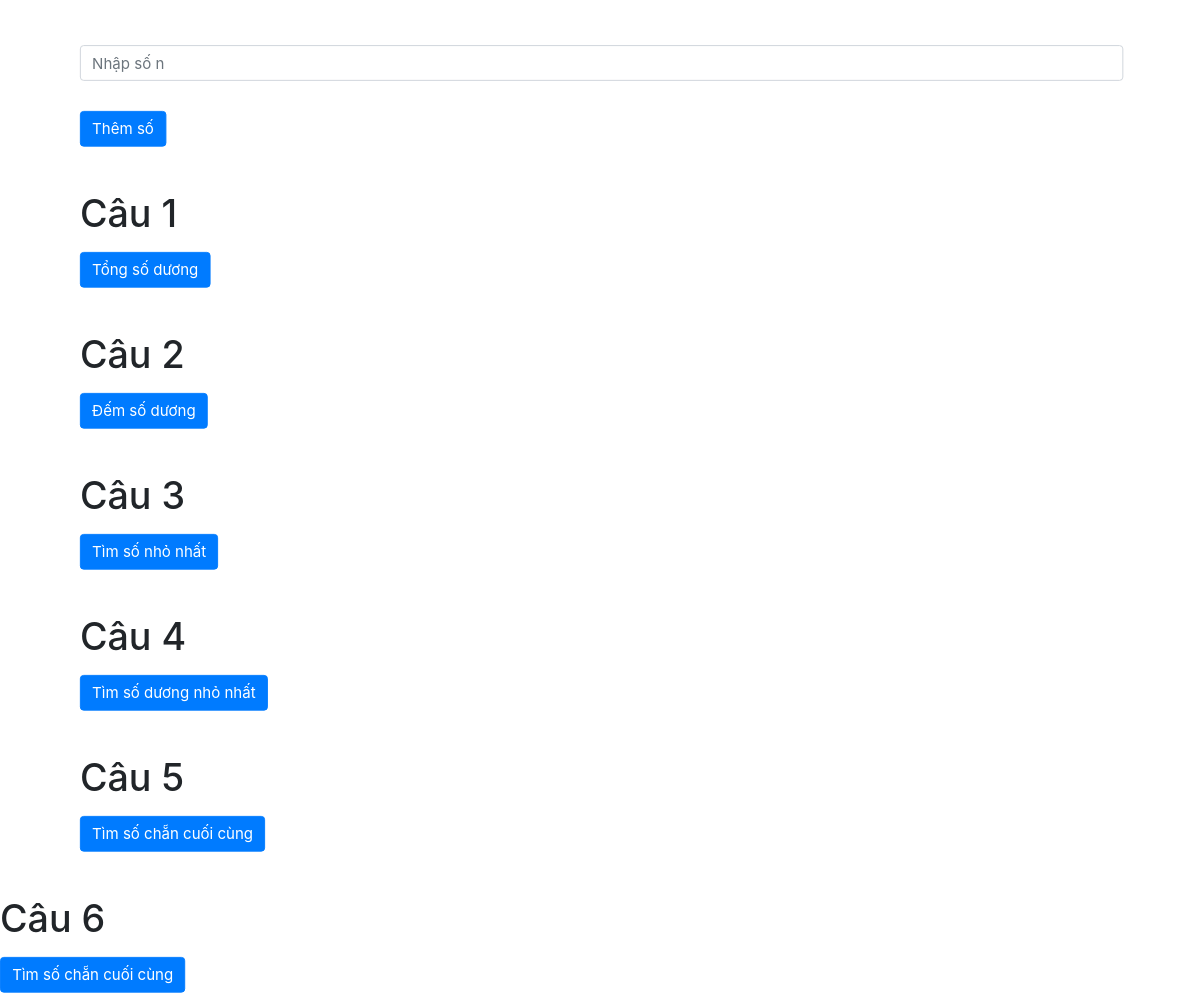
Repository: thanhfrankie/BC10-LeMinhThanh-Js-b7-8
Page: index.html
These files come from the project's save history. The page is drawn as it stood at one moment and after the next save; the edit follows.
The browser window is 1280 px wide. The pictures show the whole page, at 94% of full size.

Above is the page before, as saved 2023-12-27 22:31:50.

### index.html
<!doctype html>
<html lang="en">
  <head>
    <title>Title</title>
    <!-- Required meta tags -->
    <meta charset="utf-8">
    <meta name="viewport" content="width=device-width, initial-scale=1, shrink-to-fit=no">

    <!-- Bootstrap CSS -->
    <link rel="stylesheet" href="https://cdn.jsdelivr.net/npm/bootstrap@4.6.2/dist/css/bootstrap.min.css" integrity="sha384-xOolHFLEh07PJGoPkLv1IbcEPTNtaed2xpHsD9ESMhqIYd0nLMwNLD69Npy4HI+N" crossorigin="anonymous">

  </head>
  <body>
    <div class="container mt-4">
        <div class="form-group">

            <label for="nhap-so-n"></label>
            <input
              type="number"
              class="form-control"
              name=""
              id="nhap-so-n"
              aria-describedby="helpId"
              placeholder="Nhập số n"
              required
            />
          </div>
        <button
        type="button"
        onclick="themSo()"
        class="btn btn-primary mt-3"
        id="ket-qua-tuyen-sinh"
      >
        Thêm số
      </button>
      <!-- Câu 1 -->
      <h1 class="mt-5">Câu 1</h1>
        <p class="mt-3">
            <button class="btn btn-primary" type="button" data-toggle="collapse" data-target="#cau1" aria-expanded="false"
                    aria-controls="contentId">
                Tổng số dương
            </button>
          </p>
          <div class="collapse" id="cau1">

            <div class="btn btn-danger" onclick="tinhTong()">Tính tổng</div>
            <h2 id="tong-so-duong"></h2>
          </div>
          <!-- Câu 2 -->
          <h1 class="mt-5">Câu 2</h1>
          <p class="mt-3">
              <button class="btn btn-primary" type="button" data-toggle="collapse" data-target="#cau2" aria-expanded="false"
                      aria-controls="contentId">
                  Đếm số dương
              </button>
            </p>
            <div class="collapse" id="cau2">

              <div class="btn btn-danger" onclick="demSoDuong()">Đếm số</div>
              <h2 id="dem-so-duong"></h2>
            </div>
        <!-- Câu 3 -->
        <h1 class="mt-5">Câu 3</h1>
        <p class="mt-3">
            <button class="btn btn-primary" type="button" data-toggle="collapse" data-target="#cau3" aria-expanded="false"
                    aria-controls="contentId">
                Tìm số nhỏ nhất
            </button>
          </p>
          <div class="collapse" id="cau3">

            <div class="btn btn-danger" onclick="soNhoNhat()">Tìm số nhỏ nhất</div>
            <h2 id="so-nho-nhat"></h2>
          </div>
          <!-- Câu 4 -->
          <h1 class="mt-5">Câu 4</h1>
        <p class="mt-3">
            <button class="btn btn-primary" type="button" data-toggle="collapse" data-target="#cau4" aria-expanded="false"
                    aria-controls="contentId">
                Tìm số dương nhỏ nhất
            </button>
          </p>
          <div class="collapse" id="cau4">

            <div class="btn btn-danger" onclick="soDuongNhoNhat()">Tìm số dương nhỏ nhất</div>
            <h2 id="so-duong-nho-nhat"></h2>
          </div>
             <!-- Câu 5 -->
             <h1 class="mt-5">Câu 5</h1>
             <p class="mt-3">
                 <button class="btn btn-primary" type="button" data-toggle="collapse" data-target="#cau5" aria-expanded="false"
                         aria-controls="contentId">
                         Tìm số chẵn cuối cùng
                 </button>
               </p>
               <div class="collapse" id="cau5">

                 <div class="btn btn-danger" onclick="soChanCuoiCung()">Tìm số chẵn cuối cùng</div>
                 <h2 id="so-chan-cuoi-cung"></h2>
               </div>
    </div>
                 <!-- Câu 6 -->
                 <h1 class="mt-5">Câu 6</h1>
                 <p class="mt-3">
                     <button class="btn btn-primary" type="button" data-toggle="collapse" data-target="#cau6" aria-expanded="false"
                             aria-controls="contentId">
                             Tìm số chẵn cuối cùng
                     </button>
                   </p>
                   <div class="collapse" id="cau6">

                     <div class="btn btn-danger" onclick="soChanCuoiCung()">Tìm số chẵn cuối cùng</div>
                     <h2 id="so-chan-cuoi-cung"></h2>
                   </div>
        </div>




    <!-- Optional JavaScript -->
    <!-- jQuery first, then Popper.js, then Bootstrap JS -->
    <script src="https://cdn.jsdelivr.net/npm/jquery@3.5.1/dist/jquery.slim.min.js" integrity="sha384-DfXdz2htPH0lsSSs5nCTpuj/zy4C+OGpamoFVy38MVBnE+IbbVYUew+OrCXaRkfj" crossorigin="anonymous"></script>
    <script src="https://cdn.jsdelivr.net/npm/popper.js@1.16.1/dist/umd/popper.min.js" integrity="sha384-9/reFTGAW83EW2RDu2S0VKaIzap3H66lZH81PoYlFhbGU+6BZp6G7niu735Sk7lN" crossorigin="anonymous"></script>
    <script src="https://cdn.jsdelivr.net/npm/bootstrap@4.6.2/dist/js/bootstrap.min.js" integrity="sha384-+sLIOodYLS7CIrQpBjl+C7nPvqq+FbNUBDunl/OZv93DB7Ln/533i8e/mZXLi/P+" crossorigin="anonymous"></script>

    <script src="./index.js"></script>
  </body>
</html>

### index.js
var daySo = []
function clearInput() {
document.getElementById("nhap-so-n").value =""

}
function themSo() {
    var soThemVao = document.getElementById("nhap-so-n").value *1
    daySo.push(soThemVao)
    console.log("🥶 - daySo:", daySo)
    clearInput()
}

// câu 1: Tổng số dương
function tinhTong() {
    var tongCacSoDuong = 0
    for (let i = 0; i < daySo.length; i++) {
        if (daySo[i] > 0) {
            tongCacSoDuong = tongCacSoDuong + daySo[i]
        }
    }
    var ketqua = document.getElementById("tong-so-duong")
    ketqua.innerHTML = `Tổng số dương: ${tongCacSoDuong}`
}
// Câu 2: Đếm số dương trong mảng
function demSoDuong() {
   var soSoDuong = 0
    for (let i = 0; i < daySo.length; i++) {
        if (daySo[i] > 0) {
            soSoDuong++
        }
    }
    var ketqua = document.getElementById("dem-so-duong")
    ketqua.innerHTML = `Số dương: ${soSoDuong}`
}
// Câu 3: Tìm số nhỏ nhất
function soNhoNhat() {
   var soNhoNhat = daySo[0]
    for (let i = 0; i < daySo.length; i++) {
        if (soNhoNhat > daySo[i]) {
            soNhoNhat = daySo[i]
        }
    }
    var ketqua = document.getElementById("so-nho-nhat")
    ketqua.innerHTML = `Số nhỏ nhất: ${soNhoNhat}`
}
// Câu 4: Tìm số dương nhỏ nhất
function soDuongNhoNhat() {
    var daySoDuong = []
    var soDuongNhoNhat = daySoDuong[0]

     for (let i = 0; i < daySo.length; i++) {
         if (daySo[i] > 0) {
            daySoDuong.push(daySo[i])
         }
    }
    var soDuongNhoNhat = daySoDuong[0]
    for (let j = 0; j < daySoDuong.length; j++) {
        if (soDuongNhoNhat > daySoDuong[j]) {
            soDuongNhoNhat = daySoDuong[j]
        }
    }
    var ketqua = document.getElementById("so-duong-nho-nhat")

    if (daySoDuong !== null) {
        ketqua.innerHTML = `Không có số dương nào trong mảng`
    } else {
        ketqua.innerHTML = `Số dương nhỏ nhất: ${soDuongNhoNhat}`
    }
}
// Câu 5: Tìm số chẵn cuối cùng
function soChanCuoiCung() {
    var soChanCuoiCung = 0
    for (let i = 0; i < daySo.length; i++) {
        if (daySo[i] % 2==0) {
            soChanCuoiCung = daySo[i]
        }
    }
    var ketqua = document.getElementById("so-chan-cuoi-cung")
    ketqua.innerHTML = `Tổng số dương: ${soChanCuoiCung}`
 }

After the next save:
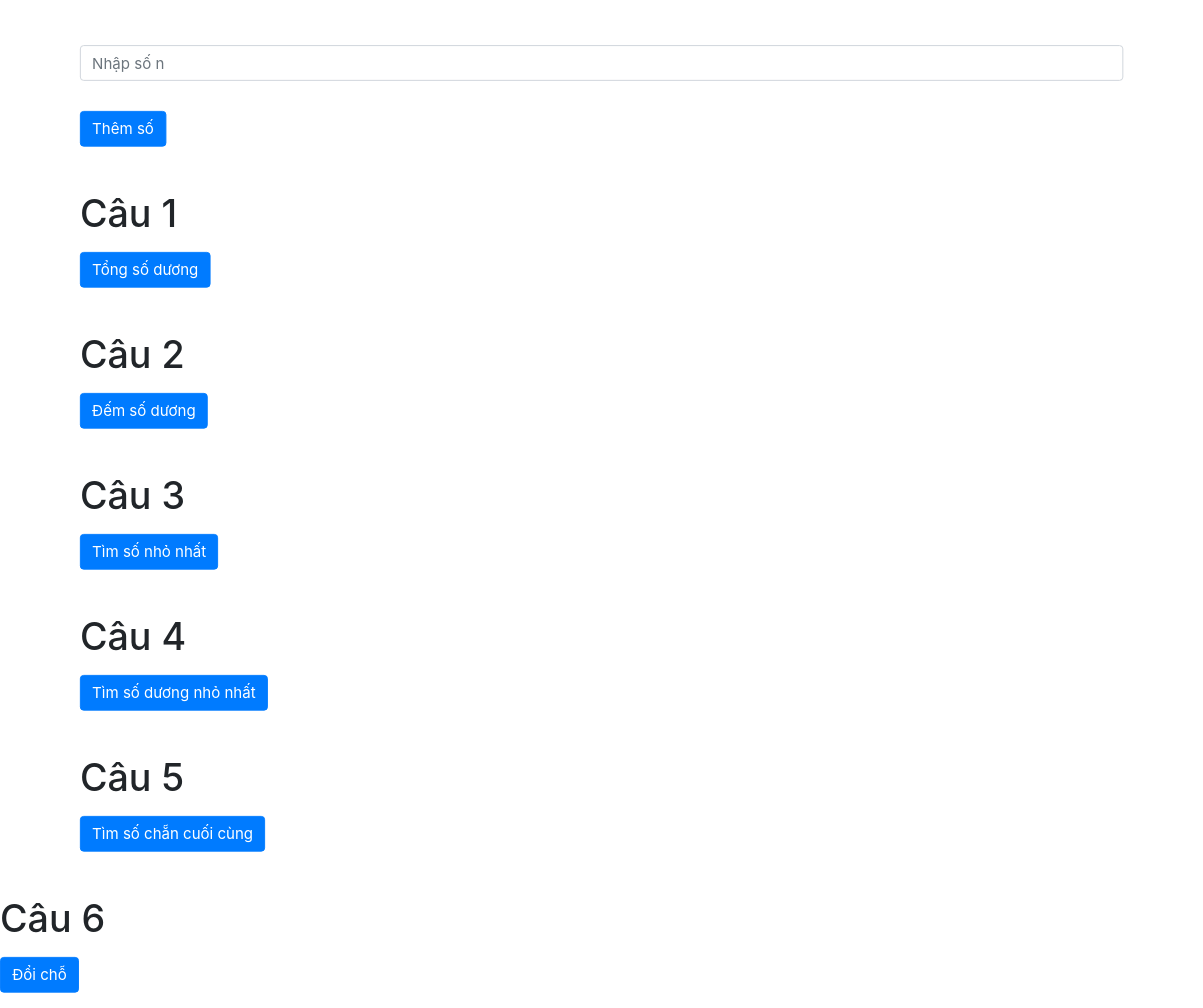
Saved 15 s later.
--- a/index.html
+++ b/index.html
@@ -104,12 +104,12 @@
                  <p class="mt-3">
                      <button class="btn btn-primary" type="button" data-toggle="collapse" data-target="#cau6" aria-expanded="false"
                              aria-controls="contentId">
-                             Tìm số chẵn cuối cùng
+                             Đổi chỗ
                      </button>
                    </p>
                    <div class="collapse" id="cau6">
 
-                     <div class="btn btn-danger" onclick="soChanCuoiCung()">Tìm số chẵn cuối cùng</div>
+                     <div class="btn btn-danger" onclick="soChanCuoiCung()">Đổi chỗ</div>
                      <h2 id="so-chan-cuoi-cung"></h2>
                    </div>
         </div>
